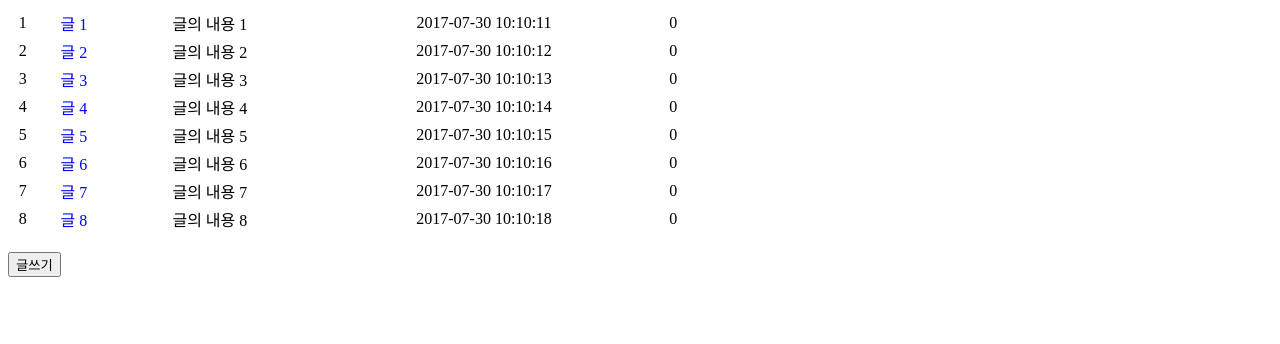
Repository: kdh2212/KDT_code
Page: http://localhost/20250807Web/boardList.jsp
These files come from the project's save history. The page is drawn as it stood at one moment and after the next save; the edit follows.
The browser window is 1280 px wide. The pictures show the whole page.
The page is served by Tomcat 9. The database holds what the project's SQL file puts in it.

Above is the page before, as saved 2025-08-07 06:25:32.

After the next save:
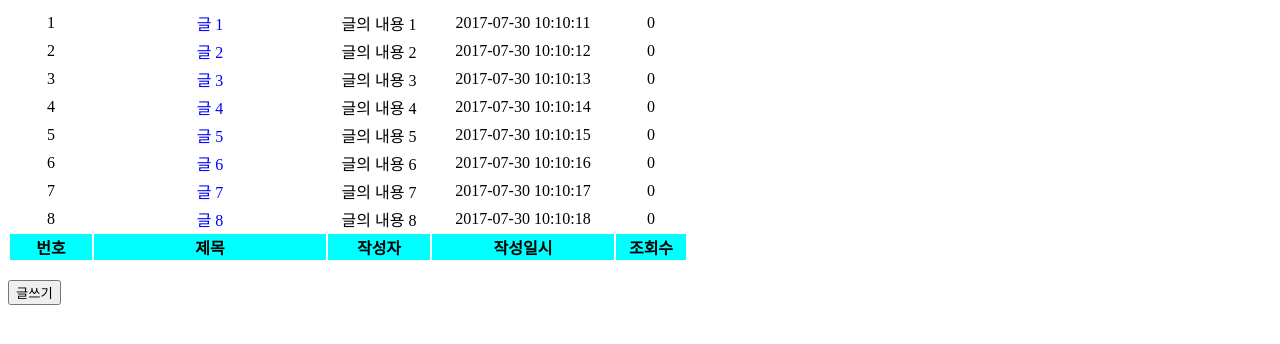
Saved 36 s later.
--- a/20250807Web/src/main/webapp/boardList.jsp
+++ b/20250807Web/src/main/webapp/boardList.jsp
@@ -63,6 +63,13 @@ try {
 }
 %>
 <!-- 여기 삭제 -->
+  <tr>
+        <th class="num"    >번호    </th>
+        <th class="title"  >제목    </th>
+        <th class="writer" >작성자  </th>
+        <th class="regtime">작성일시</th>
+        <th                >조회수  </th>
+    </tr>
 
 </table>
 <br>
